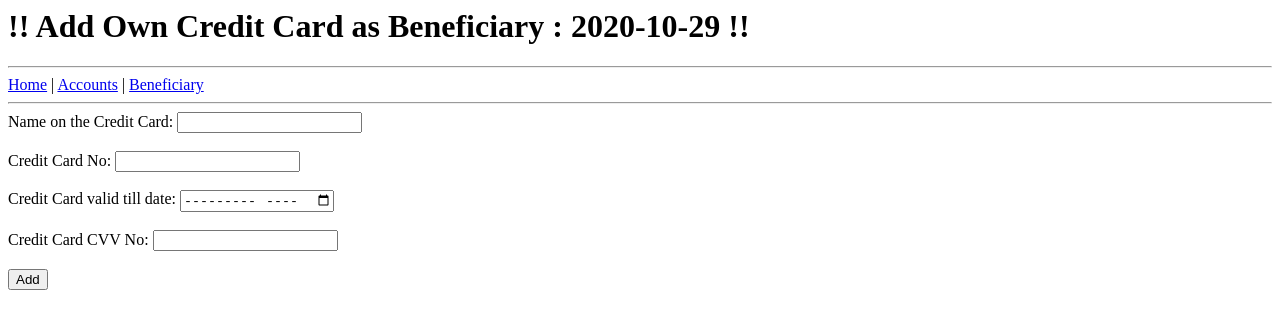
Repository: anik84/ibs
Page: http://localhost/IBS/user_add_own_credit_card_as_beneficiary_form.jsp
The author's editor kept a copy of each file at every save. The page is drawn from the files as they stood at one save, then again after the next save.
The browser window is 1280 px wide. The pictures show the whole page.
The page is served by Tomcat 9.

Above is the page before, as saved 2020-11-01 08:08:47.

After the next save:
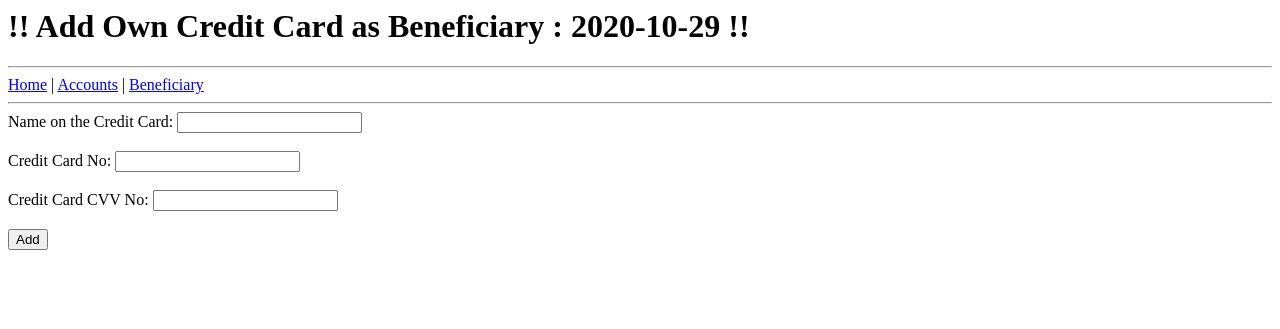
Saved 3 min 17 s later.
--- a/IBS_JSPs/IBS/WebContent/user_add_own_credit_card_as_beneficiary_form.jsp
+++ b/IBS_JSPs/IBS/WebContent/user_add_own_credit_card_as_beneficiary_form.jsp
@@ -21,10 +21,6 @@
 				required />
 		</div><br />
 		<div>
-			<label>Credit Card valid till date: </label> <input type="month"  pattern="MM/YYYY" name="benefCreditCardExpiry"
-				required />
-		</div><br />
-		<div>
 			<label>Credit Card CVV No: </label> <input type="number" name="benefCVVNo"
 				required />
 		</div><br />
